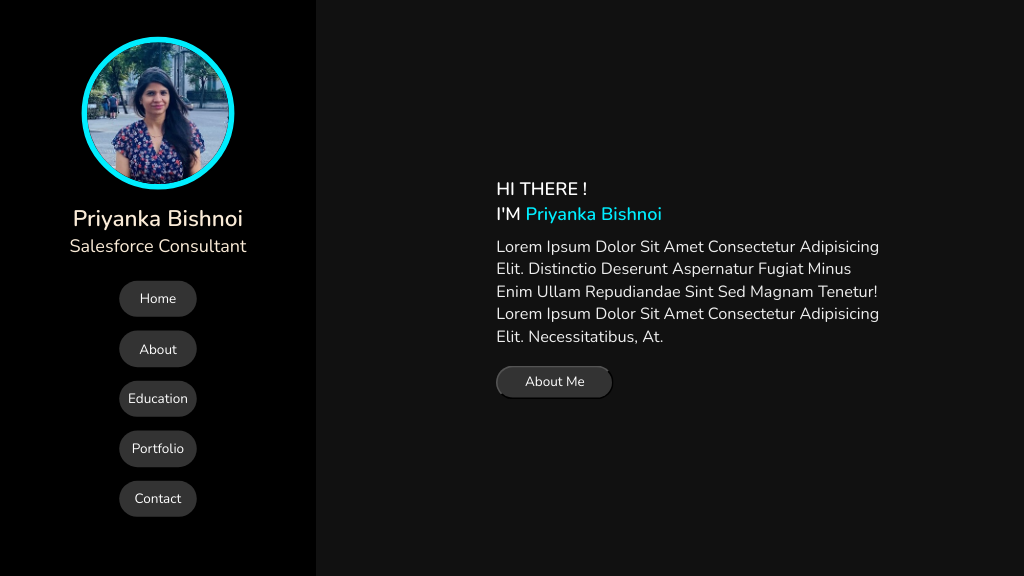
Repository: priyanka-bishnoi/PortfolioPage
Page: MyPage.html
An editor plug-in stored every save of this project. The page is shown before and after the next save, followed by the edit.
The browser window is 1280 px wide. The pictures show the whole page, at 80% of full size.

Above is the page before, as saved 2022-10-08 17:00:29.

### MyPage.html
<!DOCTYPE html>
<html>
<head>
    <link rel="stylesheet" href="css/style.css">

</head>
<body>
<header>
    <div class= "user">
        <img src="Background1.jpg"/>
        <h1 class="name" >Priyanka Bishnoi</h1>
        <p class="post" >Salesforce Consultant</p>
    </div>

    <nav class="navBar">
        <ul>
            <li> <a href="#home">Home</a></li>
            <li> <a href="#about">About</a></li>
            <li> <a href="#education">Education</a></li>
            <li> <a href="#portfolio">Portfolio</a></li>
            <li> <a href="#contact">Contact</a></li>

        </ul>


    </nav>


</header>

<!-- Home-->

<section class="home" id="home">

    <h3>HI THERE !</h3>
    <h1>I'M <span>Priyanka Bishnoi</span></h1>
    <p>Lorem ipsum dolor sit amet consectetur adipisicing elit. Distinctio deserunt aspernatur fugiat minus enim ullam repudiandae sint sed magnam tenetur! Lorem ipsum dolor sit amet consectetur adipisicing elit. Necessitatibus, at.
    </p>
    <a href="#about"><button class="btn">about me </button></a>


</section>


</body>
</html>

### css/style.css
@import url('https://fonts.googleapis.com/css2?family=Nunito:wght@200;300;400;600&display=swap');
:root{
    --orange:rgb(0, 238, 255);
}
*{
    font-family: 'Nunito', sans-serif;
    margin:0;
    padding:0;
    box-sizing:border-box;
    text-decoration:none;
    text-transform:capitalize;
    transition:all .2s linear;
}
html {
    font-size:70.5%;
    overflow-x:hidden;
}
body{
    background:#111;
    overflow-x: hidden;
    padding-left: 40rem;
}

section{
    min-height: 100vh;
    padding:1rem;
}

.btn{
    padding:.7rem 3rem;
    background:#333;
    color:#fff;
    cursor: pointer;
    margin-top: 1rem;
    font-size: 1.5rem;
    border-radius: 5rem;
}

.btn:hover{
    background:var(--orange);
}

header {
    position:fixed;
    top:0; left:0;
    z-index:1000;
    height:100%;
    width:35rem;
    background:black;
    display:flex;
    align-items: center;
    justify-content: center;
    flex-flow: column;
    text-align: center;
}

header .user img {
    height: 17rem;
    width: 17rem;
    border-radius: 50%;
    object-fit: cover;
    margin-bottom: 1rem;
    border: 0.7rem solid var(--orange);
}
header .user .name {
    font-size: 2.5rem;
    color: antiquewhite;
}
header .user .post{
    font-size: 2rem;
    color: antiquewhite;
}

header .navBar {
    font-size : 2rem;
}
header .navBar ul{
    list-style: none;
    padding:1rem 2rem;
}
header .navBar ul li a{
    display: block;
    padding:1rem;
    margin:1.5rem 0;
    background:#333;
    color:#fff;
    font-size: 1.5rem;
    border-radius: 5rem;
}

header .navBar ul li a:hover{
    background:rgb(0, 238, 255);
}


.home{
    display: flex;
    justify-content: center;
    flex-flow: column;
    padding:0 15rem;
}

.home h3{
    font-size: 2rem;
    color:#fff;
}

.home h1{
    font-size:2rem;
    color:#fff;
}

.home h1 span{
    color:var(--orange);
}

.home p{
    font-size:1.8rem;
    color:#eee;
    padding: 1rem 0;
}

After the next save:
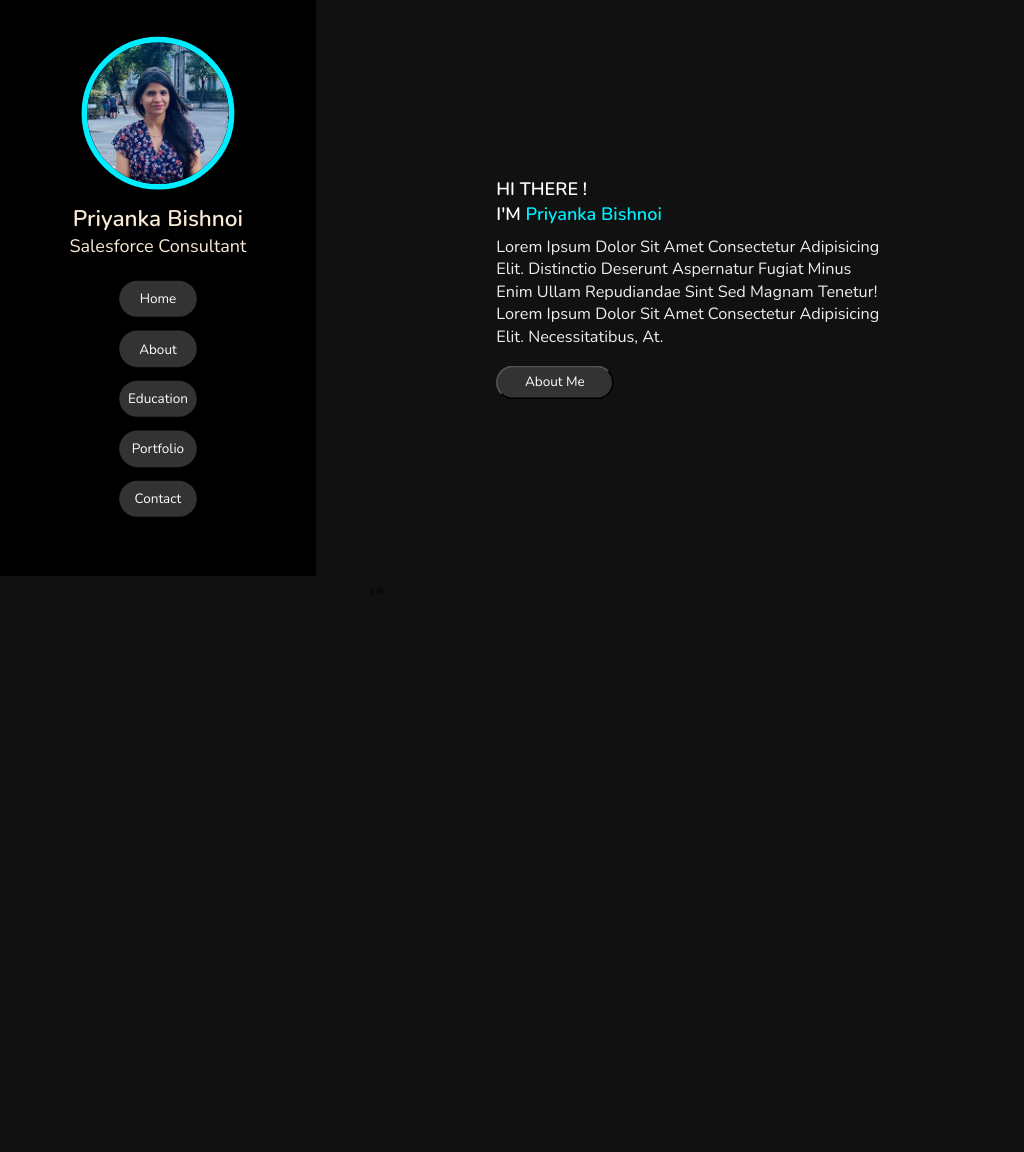
Saved 6 min 11 s later.
--- a/MyPage.html
+++ b/MyPage.html
@@ -41,6 +41,10 @@
 
 </section>
 
+<section class="about" id="about">
+
+ <p> Info </p>
+</section>
 
 </body>
 </html>
